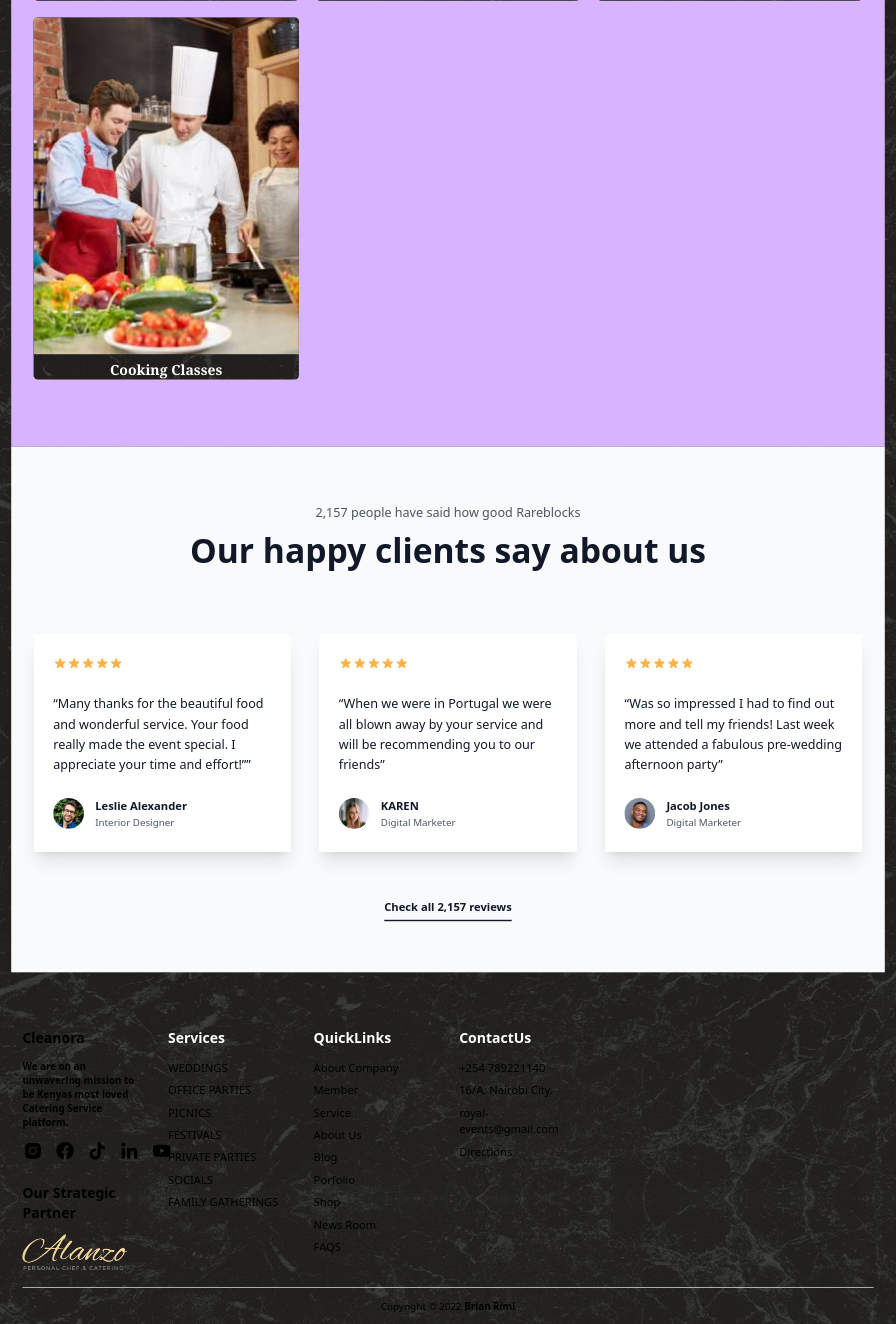
Repository: remydev47/alanzo
Page: /
An editor plug-in stored every save of this project. The page is shown before and after the next save, followed by the edit.
The browser window is 1280 px wide. The pictures show the part of the page from y = 3440 to 5360 px (the page is 5332 px tall before and 5360 px after), at 70% of full size.
The project was rebuilt for these pictures with package versions that can differ from the ones it lists, and the page was loaded fresh each time. The framework's server and built-in components were replaced by stand-ins that run in the browser. Also part of the build but not shown: next.config.js, components/Menu.tsx, components/CTA.tsx.

Above is the page before, as saved 2022-12-17 14:00:30.

After the next save:
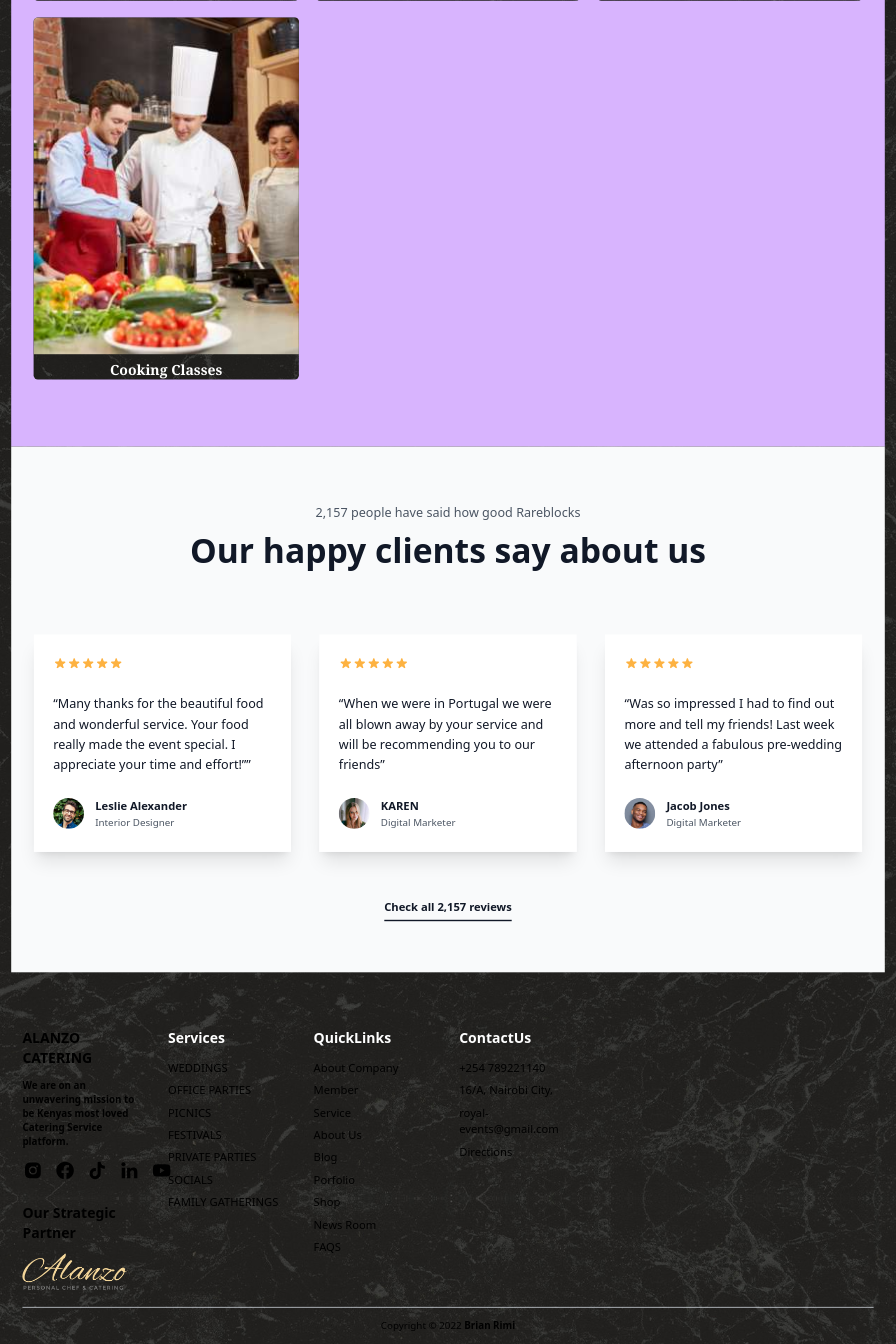
Saved 74 s later.
--- a/components/Footer.tsx
+++ b/components/Footer.tsx
@@ -141,7 +141,7 @@ const Footer = () => {
         <div className="mx-auto max-w-screen-xl px-6 pt-16 sm:px-8">
           <div className="grid grid-cols-1 gap-y-6 gap-x-6 md:!grid-cols-6 md:gap-8 xs:grid-cols-2">
             <div className="mb-4  flex flex-col xs:col-span-2">
-              <span className="text-xl font-bold capitalize">Cleanora</span>
+              <span className="text-xl font-bold capitalize">ALANZO CATERING</span>
               <p className="mt-4 max-w-screen-xs text-sm font-semibold">
                 We are on an unwavering mission to be Kenyas most loved Catering Service
                 platform.
@@ -155,7 +155,7 @@ const Footer = () => {
                     <a
                       href={item.link}
                       aria-label={`${item.title} profile`}
-                      className="transition-all duration-150 hover:fill-indigo-800 dark:fill-white dark:hover:fill-indigo-800"
+                      className="transition-all duration-150 dark:fill-white "
                     >
                       {item.Icon}
                     </a>
